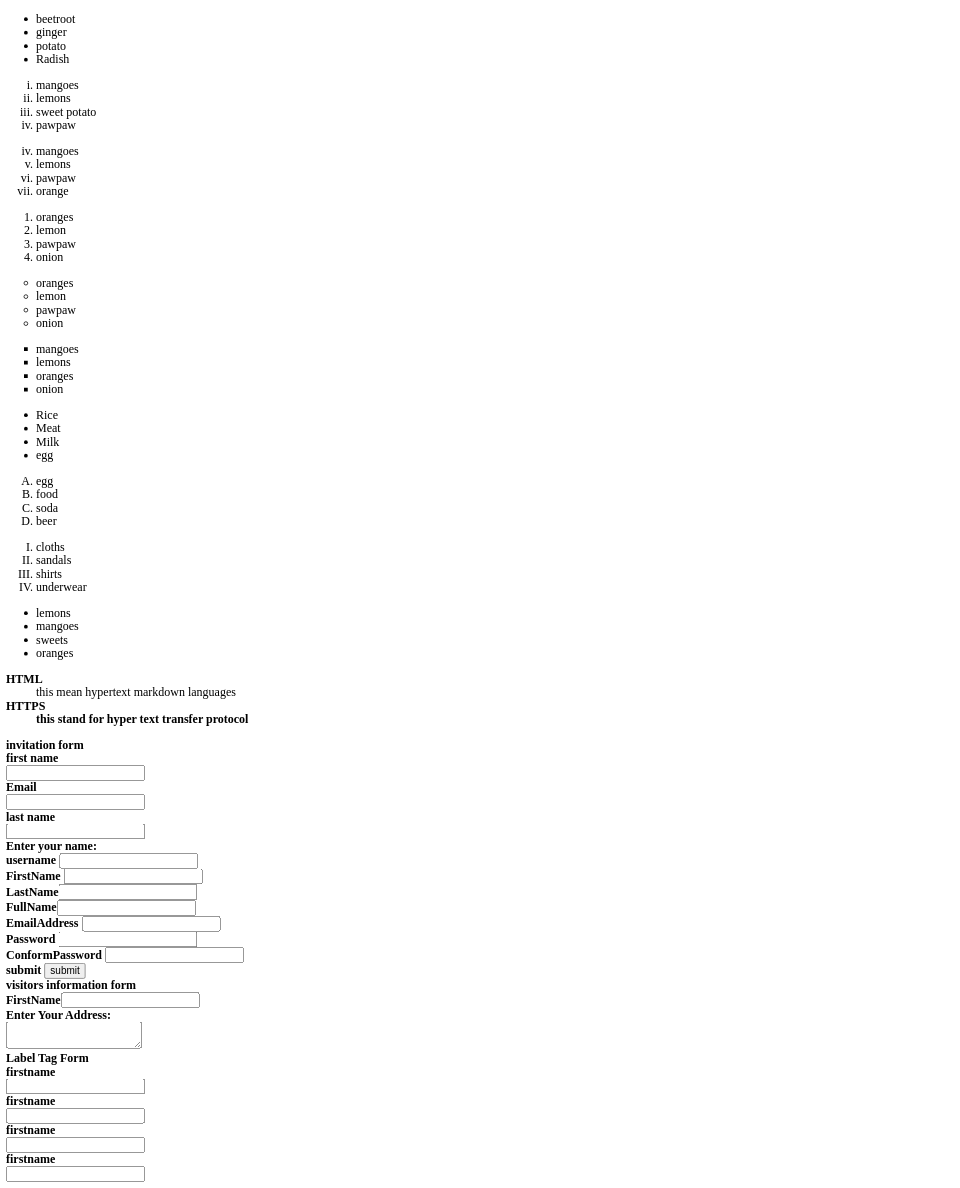
Repository: Okwahi/first--code-lessons
Page: Rinato.html
An editor plug-in stored every save of this project. The page is shown before and after the next save, followed by the edit.
The browser window is 1280 px wide. The pictures show the whole page, at 75% of full size.

Above is the page before, as saved 2023-03-09 13:47:30.

After the next save:
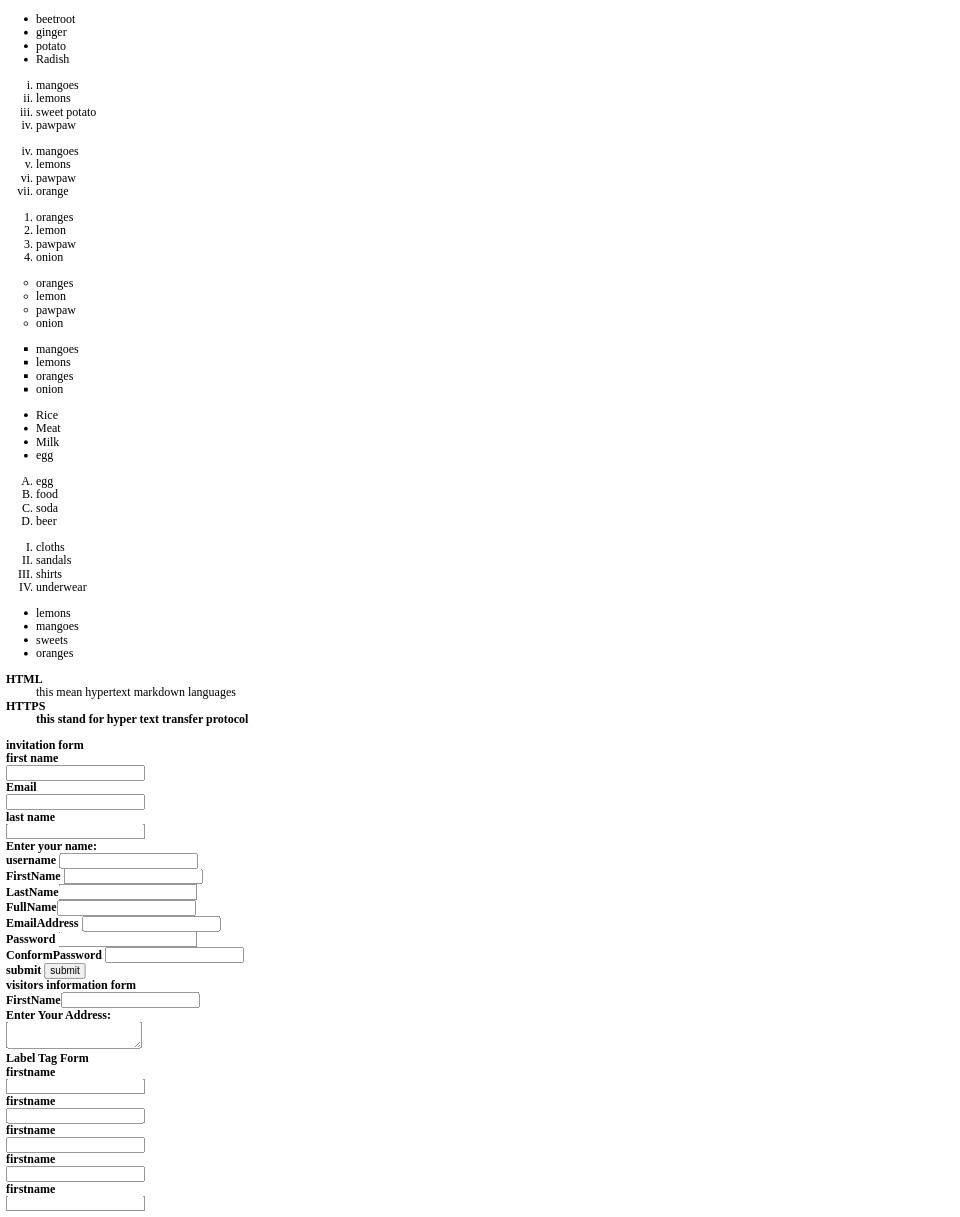
Saved 21 s later.
--- a/Rinato.html
+++ b/Rinato.html
@@ -112,6 +112,7 @@
                 <label for="firstname">firstname</label> <br>
                 <input type="text" id="Firstname" name="firstname"> <br>
                 <label for="firstname">firstname</label> <br>
+                <input type="text" id="Firstname" name="firstname"> <br><label for="firstname">firstname</label> <br>
                 <input type="text" id="Firstname" name="firstname"> <br>
 
 
